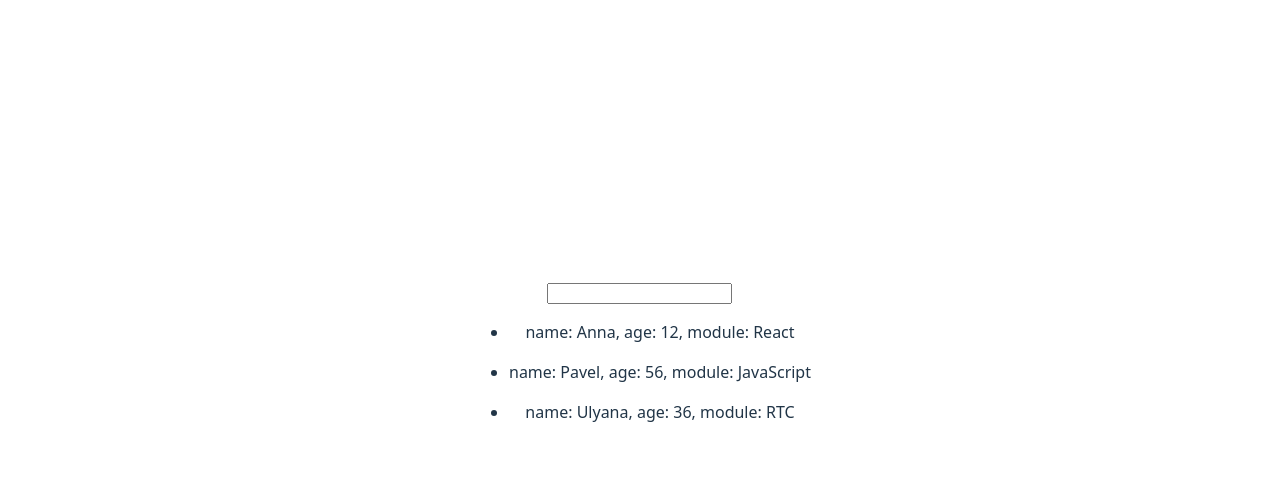
Repository: savannaaaas/MemoList
Page: /
An editor plug-in stored every save of this project. The page is shown before and after the next save, followed by the edit.
The browser window is 1280 px wide. The pictures show the whole page.
The project was rebuilt for these pictures with package versions that can differ from the ones it lists, and the page was loaded fresh each time. Also part of the build but not shown: vite.config.js.

Above is the page before, as saved 2025-07-10 15:38:19.

After the next save:
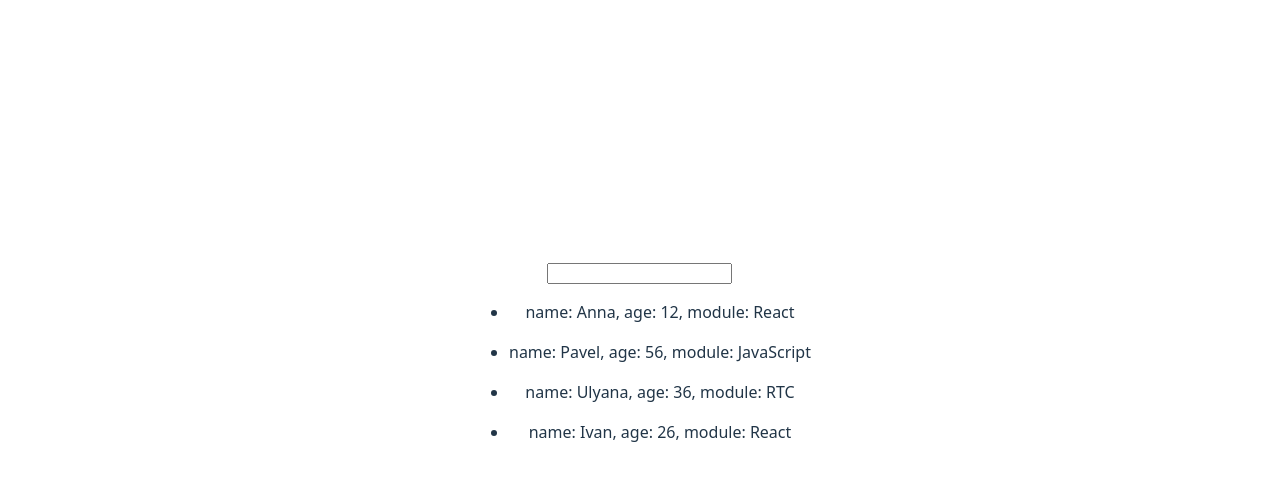
Saved 31 s later.
--- a/src/App.jsx
+++ b/src/App.jsx
@@ -22,6 +22,7 @@
     { id: 1, name: "Anna", age: 12, module: "React" },
     { id: 2, name: "Pavel", age: 56, module: "JavaScript" },
     { id: 3, name: "Ulyana", age: 36, module: "RTC" },
+    { id: 3, name: "Ivan", age: 26, module: "React" },
   ];
 
   return (
